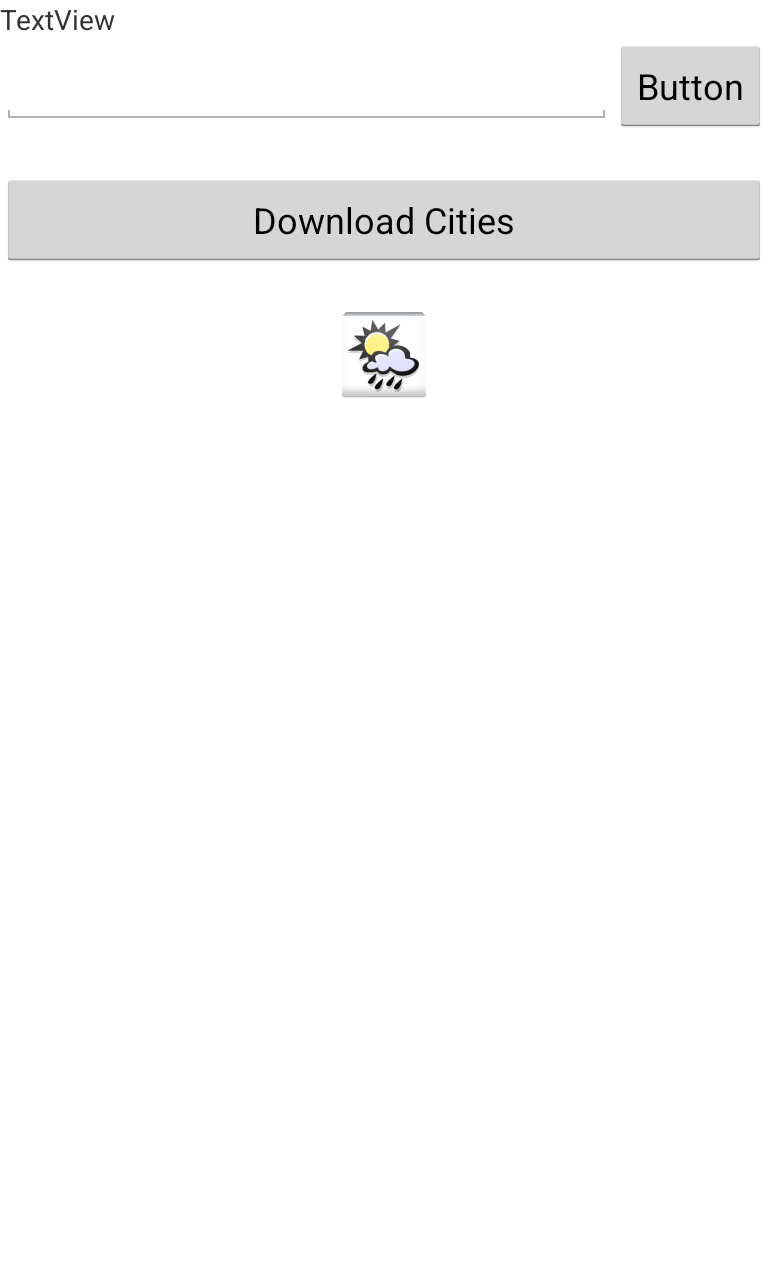
Repository: vinny1575/Java1
Layout: TempCalc20/res/layout/form.xml
An editor plug-in stored every save of this project. The layout is shown before and after the next save, followed by the edit.
It is drawn on a 768 x 1280 px phone screen (xhdpi) without system bars, with theme AppTheme; the app's code is not run.

Above is the layout before, as saved 2013-05-08 19:08:23.

After the next save:
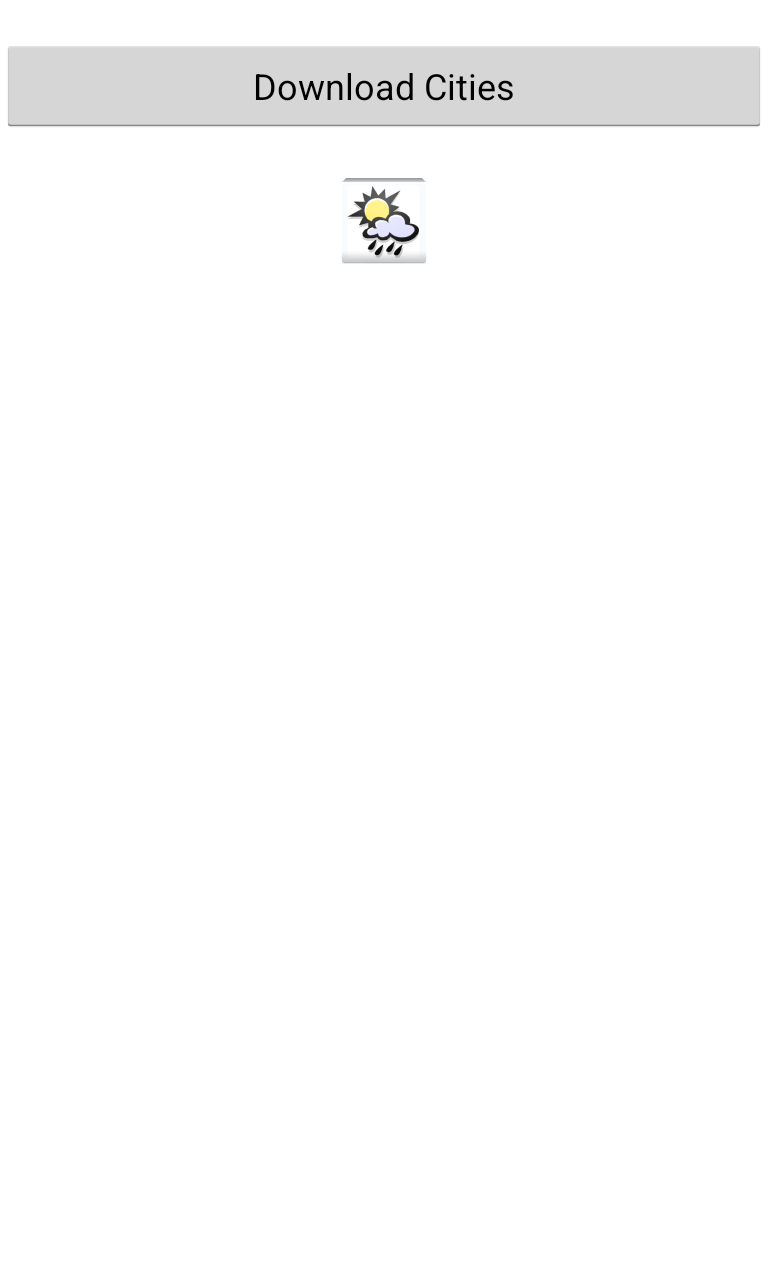
Saved 45 s later.
--- a/TempCalc20/res/layout/form.xml
+++ b/TempCalc20/res/layout/form.xml
@@ -3,30 +3,6 @@
     android:layout_width="match_parent"
     android:layout_height="match_parent"
     android:orientation="vertical" >
-
-    <TextView
-        android:id="@+id/textView2"
-        android:layout_width="wrap_content"
-        android:layout_height="wrap_content"
-        android:text="TextView" />
-
-    <LinearLayout
-        android:layout_width="match_parent"
-        android:layout_height="wrap_content" >
-
-        <EditText
-            android:id="@+id/editText1"
-            android:layout_width="236dp"
-            android:layout_height="wrap_content"
-            android:layout_weight="1"
-            android:ems="10" />
-
-        <Button
-            android:id="@+id/button1"
-            android:layout_width="wrap_content"
-            android:layout_height="wrap_content"
-            android:text="Button" />
-    </LinearLayout>
 
     <TextView
         android:id="@+id/textView1"
